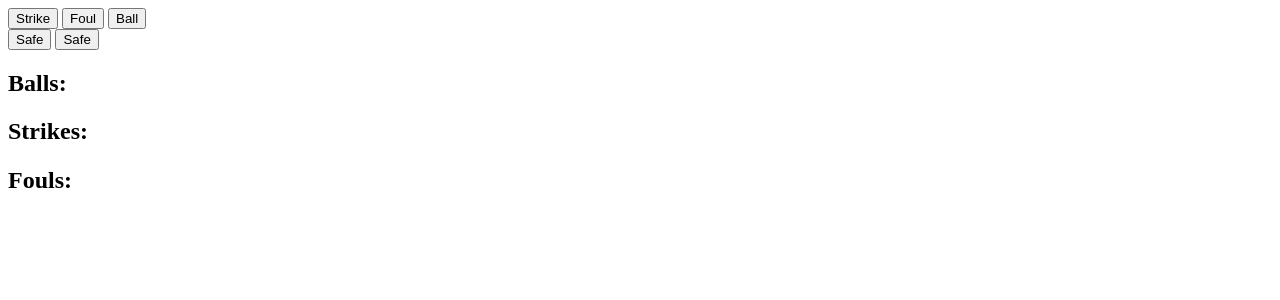
Repository: ohall/kickball_complete
Page: Ref_App/assets/www/index.html
The author's editor kept a copy of each file at every save. The page is drawn from the files as they stood at one save, then again after the next save.
The browser window is 1280 px wide. The pictures show the whole page.

Above is the page before, as saved 2011-11-10 22:16:54.
Console error: TypeError: Cannot set properties of null (setting 'onclick')

After the next save:
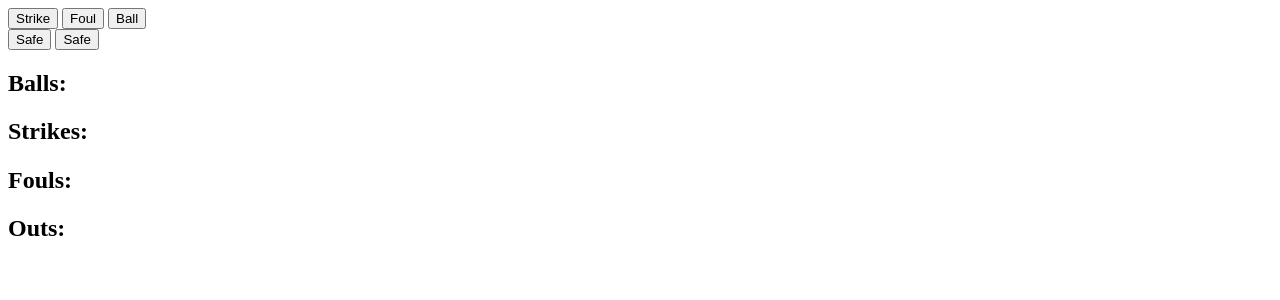
Saved 28 s later.
--- a/Ref_App/assets/www/index.html
+++ b/Ref_App/assets/www/index.html
@@ -27,6 +27,9 @@
 	<div>
 		<h2>Fouls: </h1><h1 id="foulsCount"/>
 	</div>
+	<div>
+		<h2>Outs: </h1><h1 id="outsCount"/>
+	</div>
 
 
 </body>
